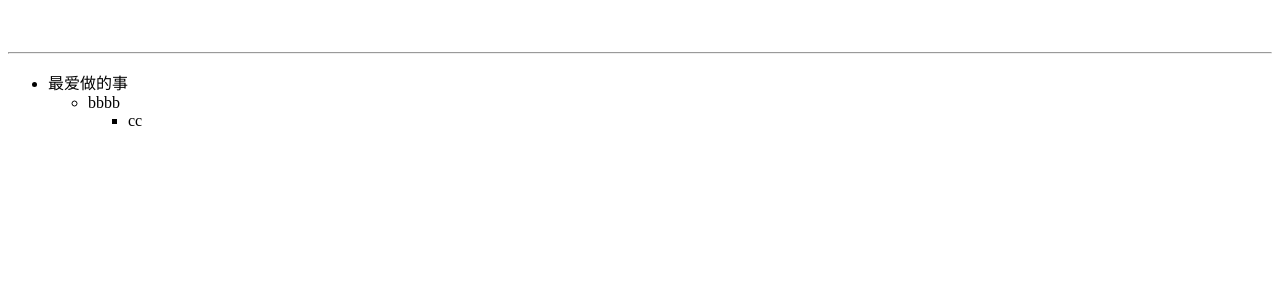
Repository: kirtonew/Compeititon2022-1
Page: node/test.html
The author's editor kept a copy of each file at every save. The page is drawn from the files as they stood at one save, then again after the next save.
The browser window is 1280 px wide. The pictures show the whole page.

Above is the page before, as saved 2022-09-05 14:29:35.

### node/test.html
<!DOCTYPE html>
<html lang="en">
<head>
    <meta charset="UTF-8">
    <meta http-equiv="X-UA-Compatible" content="IE=edge">
    <meta name="viewport" content="width=device-width, initial-scale=1.0">
    <title>Document</title>
</head>
<body>
    <title>我的最爱</title>
    <br>
    <br>
    <hr/>

    <ul>
        <li>最爱做的事</li>
        <ul>
            <li>bbbb</li>
            <ul>
                <li>cc</li>
            </ul>
        </ul>
    </ul>
</body>
</html>

After the next save:
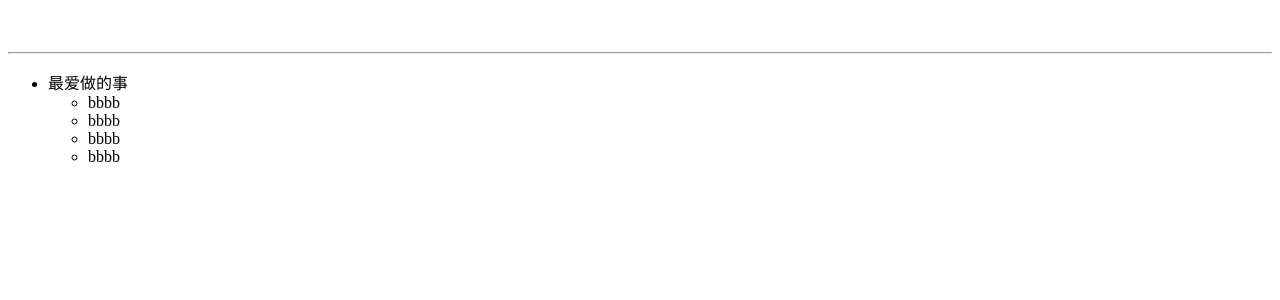
Saved 12 s later.
--- a/node/test.html
+++ b/node/test.html
@@ -16,9 +16,9 @@
         <li>最爱做的事</li>
         <ul>
             <li>bbbb</li>
-            <ul>
-                <li>cc</li>
-            </ul>
+            <li>bbbb</li>
+            <li>bbbb</li>
+            <li>bbbb</li>
         </ul>
     </ul>
 </body>
